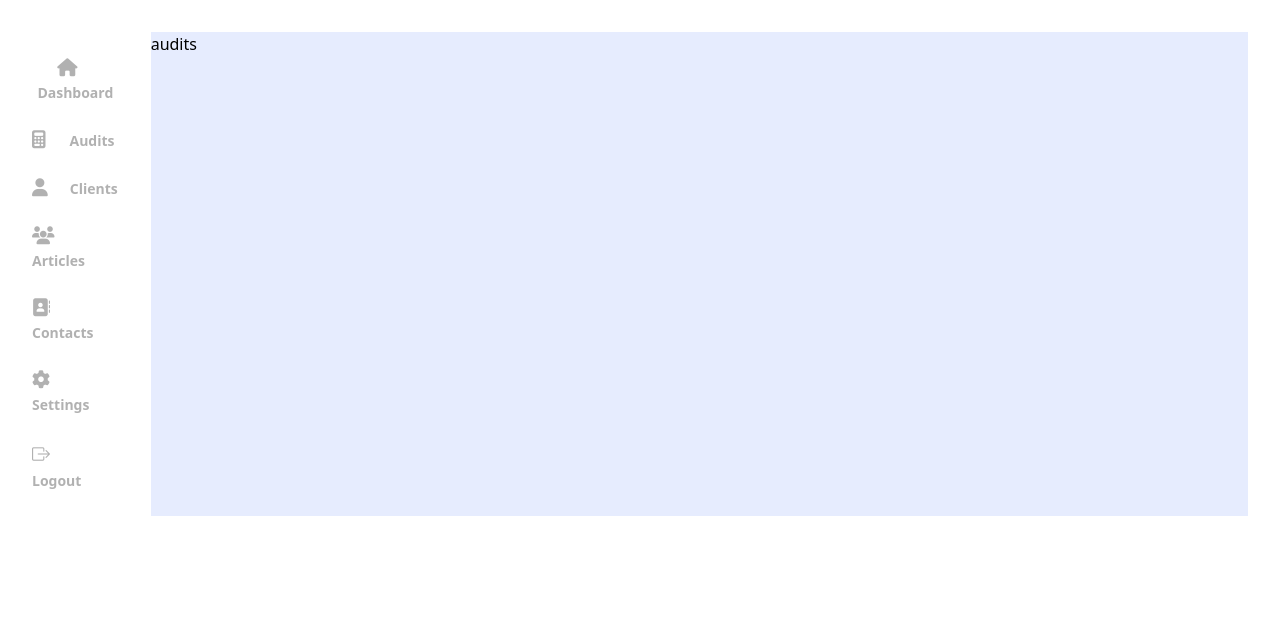
Repository: EclipticCode/Audit-Ease-FE
Page: /audits
The author's editor kept a copy of each file at every save. The page is drawn from the files as they stood at one save, then again after the next save.
The browser window is 1280 px wide. The pictures show the whole page.
Some web libraries are served in a nearby version. The project was rebuilt for these pictures with package versions that can differ from the ones it lists, and the page was loaded fresh each time. Also part of the build but not shown: vite.config.js, Login.jsx, src/Navbar.jsx, src/Pages/Dashboard.jsx, src/Pages/Articles.jsx, src/Pages/Clients.jsx, src/Pages/Contacts.jsx, src/Sidebar.jsx and 1 more.

Above is the page before, as saved 2025-03-27 23:04:08.

### index.html
<!doctype html>
<html lang="en">
  <head>
    <meta charset="UTF-8" />
    <link rel="icon" type="image/svg+xml" href="" />
    <meta name="viewport" content="width=device-width, initial-scale=1.0" />
    <title>Audit Ease</title>
     <!-- Bootstrap Icon link-->
     <link
     rel="stylesheet"
     href="https://cdn.jsdelivr.net/npm/bootstrap-icons@1.11.3/font/bootstrap-icons.min.css"
   />
    <!-- Font awesome CDN -->
    <link rel="stylesheet" href="https://cdnjs.cloudflare.com/ajax/libs/font-awesome/6.6.0/css/all.min.css">
  </head>
  <body>
    <div id="root"></div>
    <script type="module" src="/src/main.jsx"></script>
  </body>
</html>

### src/main.jsx
import React from "react";
import ReactDOM from "react-dom/client";
import App from "./App";
import "./index.css"; // Ensure Tailwind styles are imported
import { BrowserRouter } from "react-router-dom";

ReactDOM.createRoot(document.getElementById("root")).render(
  <React.StrictMode>
      <BrowserRouter>
        <App />
      </BrowserRouter>
  </React.StrictMode>
);

### src/App.jsx
import React from 'react'
import Login from '../Login'
import Navbar from './Navbar'
import NavandSideBar from './NavandSideBar'
import Dashboard from './Pages/Dashboard'
import Audits from './Pages/Audits'
import Articles from './Pages/Articles'
import Clients from './Pages/Clients'
import Contacts from './Pages/Contacts'
import Layout from './Layout'
import { Route, Routes } from 'react-router-dom'

const App = () => {
  return (
   <div>
      {/* <NavandSideBar/> */}

      <Routes>
        <Route path='/' element={<Layout/>}></Route>
        <Route index path='/' element={<Dashboard/>}></Route>
        <Route path='/audits' element={<Audits/>}></Route>
        <Route path='/articles' element={<Articles/>}></Route>
        <Route path='/clients' element={<Clients/>}></Route>
        <Route path='/contacts' element={<Contacts/>}></Route>
      </Routes>
   </div>
  )
}

export default App

### src/index.css
@import url('https://fonts.googleapis.com/css2?family=Roboto:ital,wght@0,100..900;1,100..900&display=swap');

@import "tailwindcss";

@theme {
  --font-roboto: "Roboto", sans-serif;
  --font-weight-light: 300;
  --font-weight-normal: 400;
  --font-weight-medium: 500;
  --font-weight-semibold: 600;
  --font-weight-bold: 700;
  --color-soft-primary: #B2C4FB;
  --color-light-primary: #053ADA;
  --color-dark-primary: #032691;
  --color-deep-primary: #021655;
  --color-bg-primary: #E6ECFE;
  --color-soft-secondary: #FFFFFF;
  --color-light-secondary: #B1B1B1;
  --color-dark-secondary: #263238;
  --color-deep-secondary: #000000;
}

### src/Pages/Audits.jsx
import React from 'react'
import { Link } from 'react-router-dom'

const Audits = () => {
  return (
    <div className='grid grid-cols-12 gap-4 m-8'>
       <div>
         <div className='flex flex-col col-start-1 col-end-3 text-light-secondary mt-6'>
             <div className='mb-6'>
             <button>
             <span><i className="fa-solid fa-house mr-4 text-lg"></i></span><span className='font-semibold text-sm'>
                 <Link to={`/`}>Dashboard</Link>
                 </span></button>
             </div>
             <div className='mb-6'><span><i className="fa-solid fa-calculator mr-6 text-lg"></i></span><span className='font-semibold text-sm'><Link to={`/audits`}>Audits</Link></span></div>
             <div className='mb-6'><span><i className="fa-solid fa-user mr-5.5 text-lg"></i></span><span className='font-semibold text-sm'><Link to={`/clients`}>Clients</Link></span></div>
             <div className='mb-6'><span><i className="fa-solid fa-users mr-4.5 text-lg"></i></span><span className='font-semibold text-sm'><Link to={`/articles`}>Articles</Link></span></div>
             <div className='mb-6'><span><i className="fa-solid fa-address-book mr-5.5 text-lg"></i></span><span className='font-semibold text-sm'><Link to={`/contacts`}>Contacts</Link></span></div>
             <div className='mb-6'><span><i className="fa-solid fa-gear mr-6 text-lg"></i></span><span className='font-semibold text-sm'>Settings</span></div>
             <div className='mb-6'><span><i className="bi bi-box-arrow-right mr-6 text-lg"></i></span><span className='font-semibold text-sm'>Logout</span></div>
         </div>
         </div>
       <div className='col-span-11 col-end-13 ml-4 bg-bg-primary'>audits</div>
     </div>
  )
}

export default Audits

### src/NavandSideBar.jsx
import React from 'react'
import { Link } from 'react-router-dom'

const NavandSideBar = () => {
  return (
    <div className='m-8'>
        <div className='flex flex-row justify-between'>
            <div className='flex'>
            <span><i className="bi bi-check-circle pr-2"></i></span>
            <div className='font-bold text-lg text-dark-primary'>Audit Ease.</div>
            <div className='ml-16 font-bold text-lg text-dark-primary'>Dynamic content</div>
            </div>
            <div className='flex space-x-4'>
            <div className="bg-gray-200 flex items-center justify-center rounded-full text-xs pl-3 pr-8 py-4 w-auto h-4 text-soft-primary">
              <span><i className="bi bi-search pr-4"></i></span> <span>Search for something</span>
            </div>
            <div className="bg-gray-200 flex items-center justify-center rounded-full text-lg p-4 w-8 h-4  text-soft-primary"><i className="bi bi-gear"></i></div>
            <div className="bg-gray-200 flex items-center justify-center rounded-full text-md p-4 w-8 h-4 text-red-400"><i className="bi bi-bell"></i></div>
            <div className="bg-gray-200 flex items-center justify-center rounded-full text-xs p-4 w-auto h-4 text-soft-primary">profile</div>
            </div>
        </div>
    </div>
  )
}

export default NavandSideBar

After the next save:
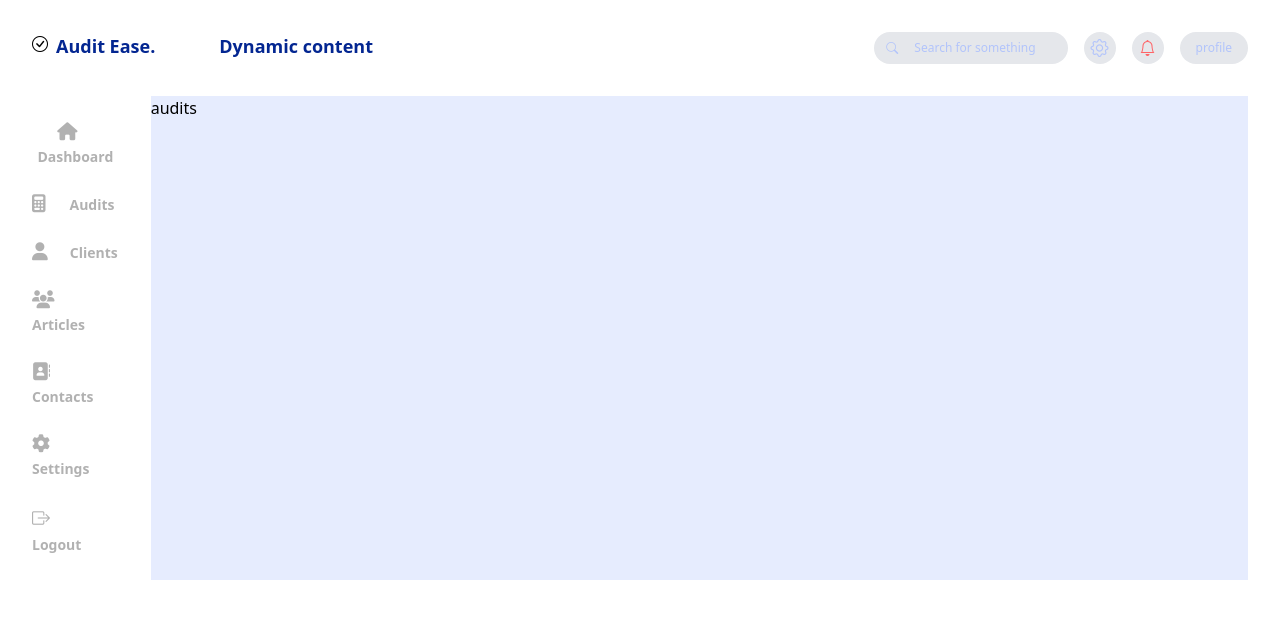
Saved 10 s later.
--- a/src/App.jsx
+++ b/src/App.jsx
@@ -13,7 +13,7 @@ import { Route, Routes } from 'react-router-dom'
 const App = () => {
   return (
    <div>
-      {/* <NavandSideBar/> */}
+      <NavandSideBar/>
 
       <Routes>
         <Route path='/' element={<Layout/>}></Route>
